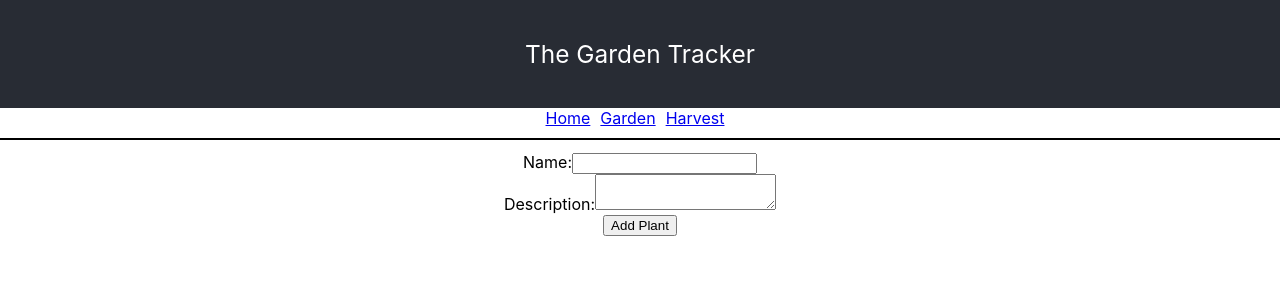
Repository: charliejp0311/ReactReduxFinal
Page: /garden (app in gardentracker/)
These files come from the project's save history. The page is drawn as it stood at one moment and after the next save; the edit follows.
The browser window is 1280 px wide. The pictures show the whole page.
The page's requests for data from a server got no answer. The project was rebuilt for these pictures with package versions that can differ from the ones it lists, and the page was loaded fresh each time. No one was signed in, and anything a server would have sent is missing. Also part of the build but not shown: gardentracker/src/containers/GardenbookContainer.js, gardentracker/src/containers/HarvestContainer.js.

Above is the page before, as saved 2020-11-04 15:48:01.

After the next save:
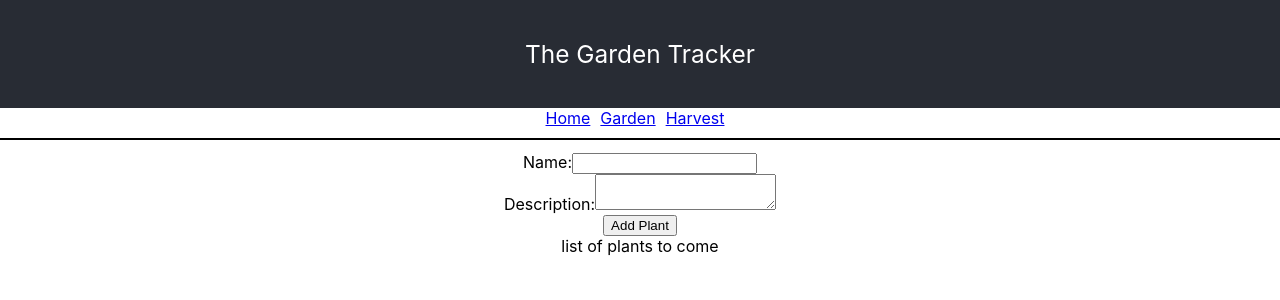
Saved 95 s later.
--- a/gardentracker/src/containers/GardenContainer.js
+++ b/gardentracker/src/containers/GardenContainer.js
@@ -1,6 +1,7 @@
 import React,{Component} from 'react';
 import {connect} from 'react-redux';
 import  PlantForm  from "../components/PlantForm";
+import  PlantList  from "../components/PlantList";
 
 
 
@@ -11,6 +12,7 @@ class GardenContainer extends Component{
         return(
         <div>
             <PlantForm />
+            <PlantList plants={this.props.garden} notes={this.props.notes}/>
         </div>
         );
     };
